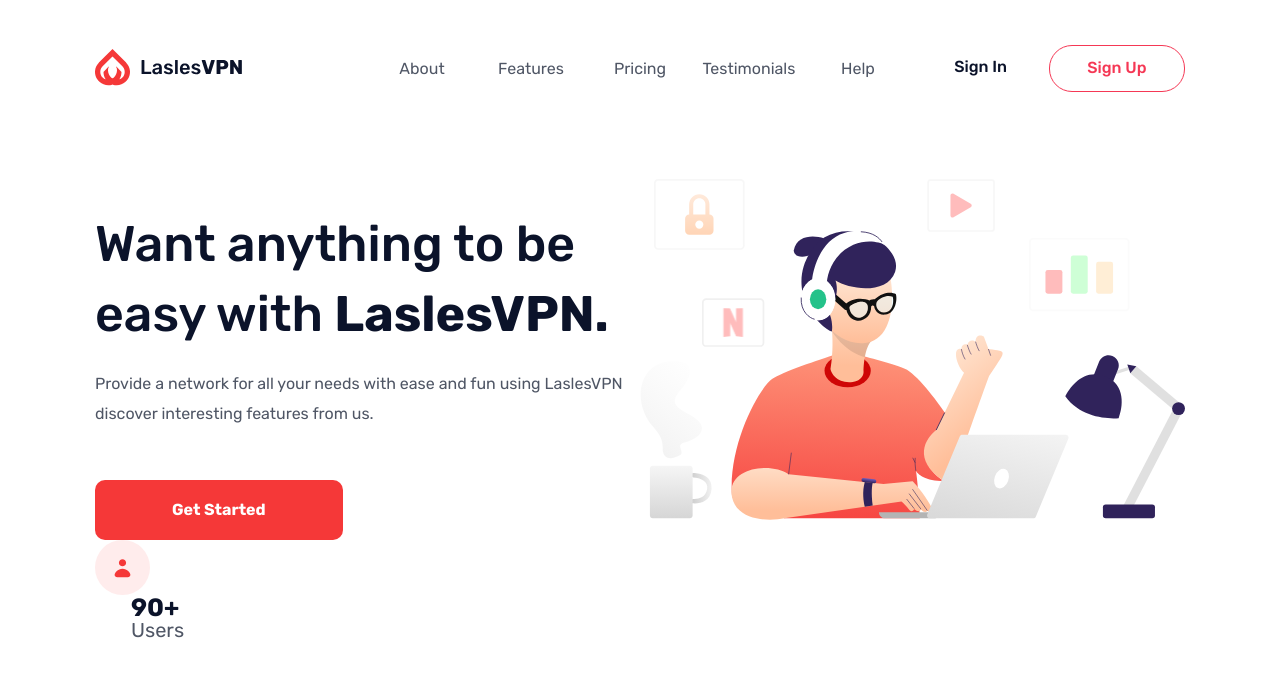
Repository: pixendrit/beetroot-fe-g1
Page: classwork/15 - CSS GRID layout/vpn-grid/index.html
An editor plug-in stored every save of this project. The page is shown before and after the next save, followed by the edit.
The browser window is 1280 px wide. The pictures show the whole page.

Above is the page before, as saved 2021-02-15 18:47:39.

After the next save:
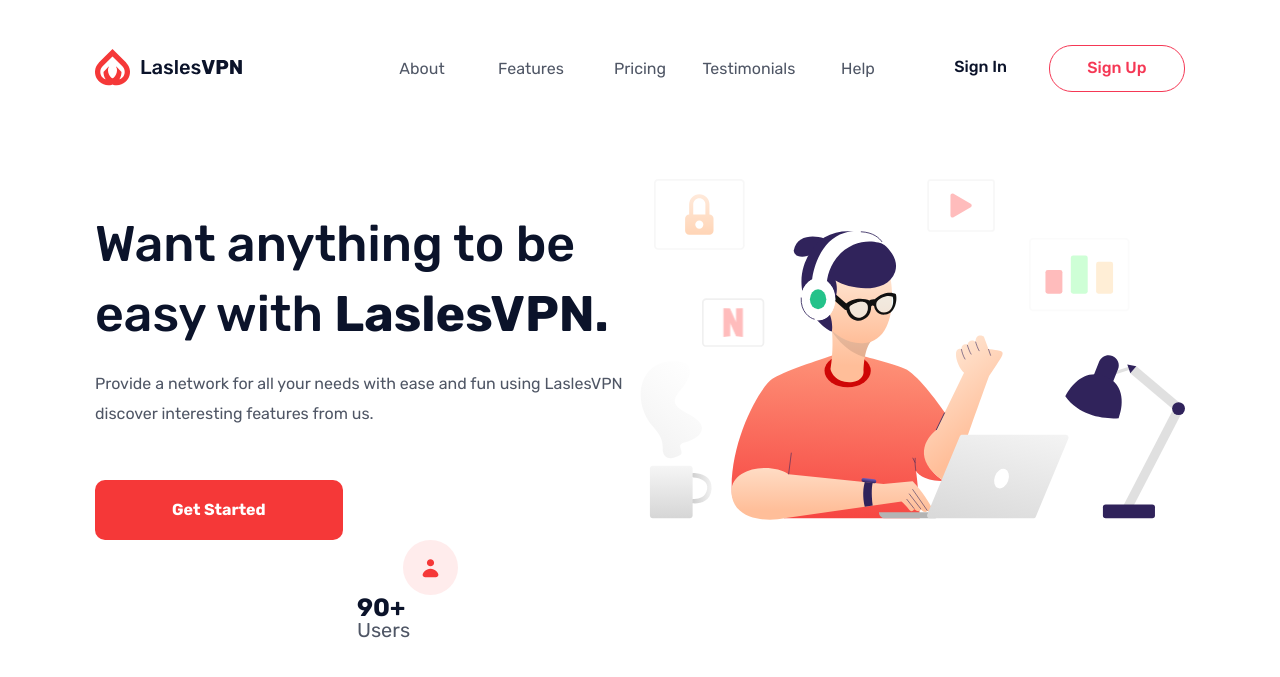
Saved 89 s later.
--- a/classwork/15 - CSS GRID layout/vpn-grid/css/app.css
+++ b/classwork/15 - CSS GRID layout/vpn-grid/css/app.css
@@ -178,7 +178,7 @@
 }
 .stat-item {
   display: grid;
-
+  justify-items: end;
 }
 .stat-item__text {
   padding-left: 36px;
